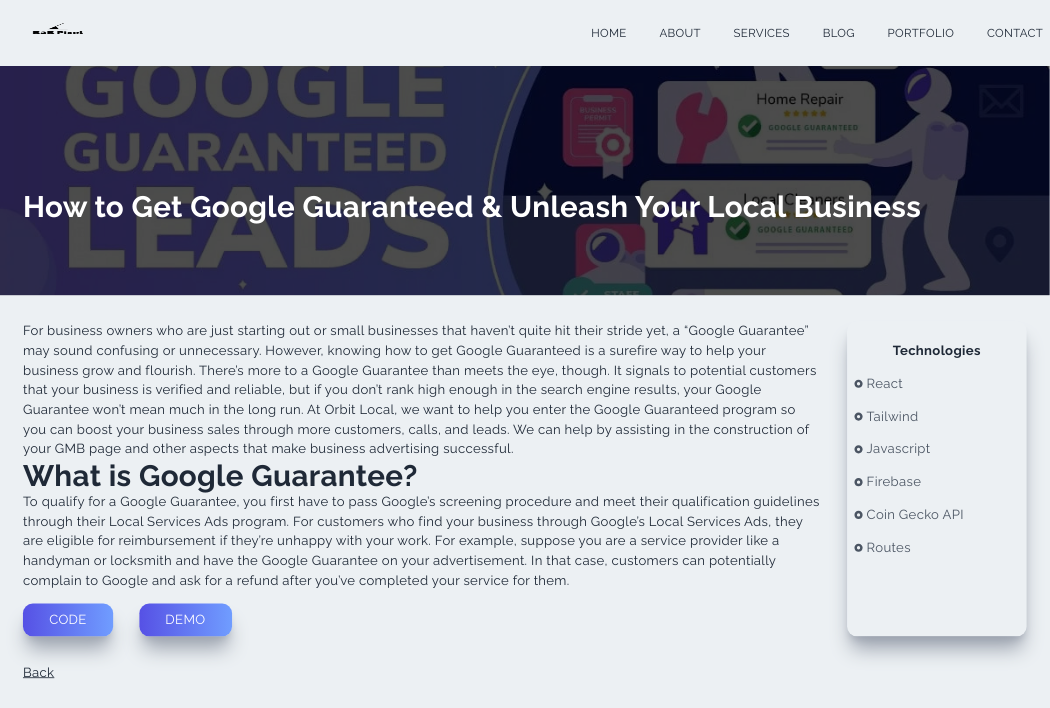
Repository: DID0101/nextjs.b2b
Page: /crypto
These files come from the project's save history. The page is drawn as it stood at one moment and after the next save; the edit follows.
The browser window is 1280 px wide. The pictures show the whole page, at 82% of full size.
The project was rebuilt for these pictures with package versions that can differ from the ones it lists, and the page was loaded fresh each time. The framework's server and built-in components were replaced by stand-ins that run in the browser. Also part of the build but not shown: next.config.js.

Above is the page before, as saved 2024-01-22 02:55:09.

After the next save:
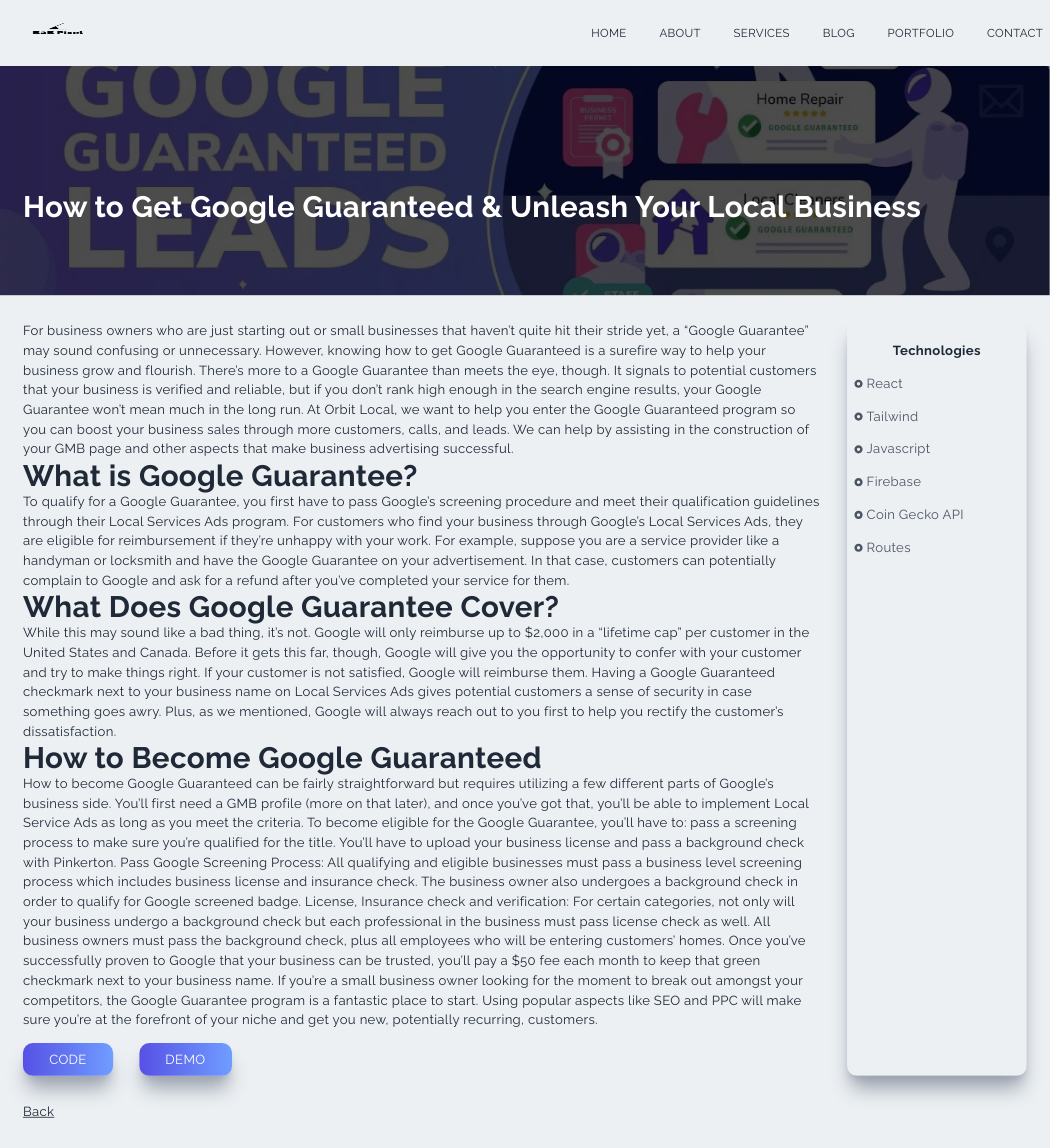
Saved 109 s later.
--- a/pages/crypto.jsx
+++ b/pages/crypto.jsx
@@ -38,6 +38,24 @@
           <p>To qualify for a Google Guarantee, you first have to pass Google’s screening procedure and meet their qualification guidelines through their Local Services Ads program. For customers who find your business through Google’s Local Services Ads, they are eligible for reimbursement if they’re unhappy with your work.
 
 For example, suppose you are a service provider like a handyman or locksmith and have the Google Guarantee on your advertisement. In that case, customers can potentially complain to Google and ask for a refund after you’ve completed your service for them.</p>
+
+              <h2>What Does Google Guarantee Cover?</h2>
+              <p>While this may sound like a bad thing, it’s not. Google will only reimburse up to $2,000 in a “lifetime cap” per customer in the United States and Canada. Before it gets this far, though, Google will give you the opportunity to confer with your customer and try to make things right.
+
+If your customer is not satisfied, Google will reimburse them.
+
+Having a Google Guaranteed checkmark next to your business name on Local Services Ads gives potential customers a sense of security in case something goes awry. Plus, as we mentioned, Google will always reach out to you first to help you rectify the customer’s dissatisfaction.</p>
+<h2>How to Become Google Guaranteed</h2>
+<p>How to become Google Guaranteed can be fairly straightforward but requires utilizing a few different parts of Google’s business side. You’ll first need a GMB profile (more on that later), and once you’ve got that, you’ll be able to implement Local Service Ads as long as you meet the criteria.
+
+To become eligible for the Google Guarantee, you’ll have to: pass a screening process to make sure you’re qualified for the title. You’ll have to upload your business license and pass a background check with Pinkerton.
+
+Pass Google Screening Process: All qualifying and eligible businesses must pass a business level screening process which includes business license and insurance check. The business owner also undergoes a background check in order to qualify for Google screened badge.
+License, Insurance check and verification: For certain categories, not only will your business undergo a background check but each professional in the business must pass license check as well.
+All business owners must pass the background check, plus all employees who will be entering customers’ homes. Once you’ve successfully proven to Google that your business can be trusted, you’ll pay a $50 fee each month to keep that green checkmark next to your business name.
+
+If you’re a small business owner looking for the moment to break out amongst your competitors, the Google Guarantee program is a fantastic place to start. Using popular aspects like SEO and PPC will make sure you’re at the forefront of your niche and get you new, potentially recurring, customers.</p>
+
           <a
             href='https://github.com/fireclint/crypto-react-firebase'
             target='_blank'
